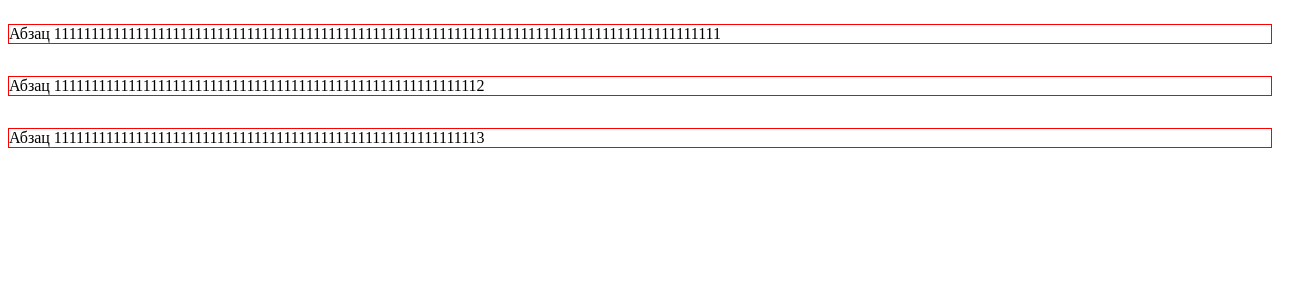
Repository: IrinaGetmanenko/week5
Page: week5/index.html
The author's editor kept a copy of each file at every save. The page is drawn from the files as they stood at one save, then again after the next save.
The browser window is 1280 px wide. The page is 1280 px wide, then 1291 px, so the pictures cover 1291 px, including what lies to the right of the window. The pictures show the whole page.

Above is the page before, as saved 2022-08-26 16:48:28.

### week5/index.html
<!DOCTYPE html>
<html lang="en">
<head>
    <meta charset="UTF-8">
    <meta http-equiv="X-UA-Compatible" content="IE=edge">
    <meta name="viewport" content="width=device-width, initial-scale=1.0">
    <title>Document</title>
    <style>
        p{
            border: 1px solid red;
        }
        .flexcontainer{
            display: flex;
            flex-direction: column;
            flex-wrap: ;
        }
        </style>
</head>

<body>
    <div class="flexcontainer">
    <p> Абзац 111111111111111111111111111111111111111111111111111111111111111111111111111111111111111111</p>
    <p> Абзац 1111111111111111111111111111111111111111111111111111111112</p>
    <p> Абзац 1111111111111111111111111111111111111111111111111111111113</p>
</div>
</body>
</html>

After the next save:
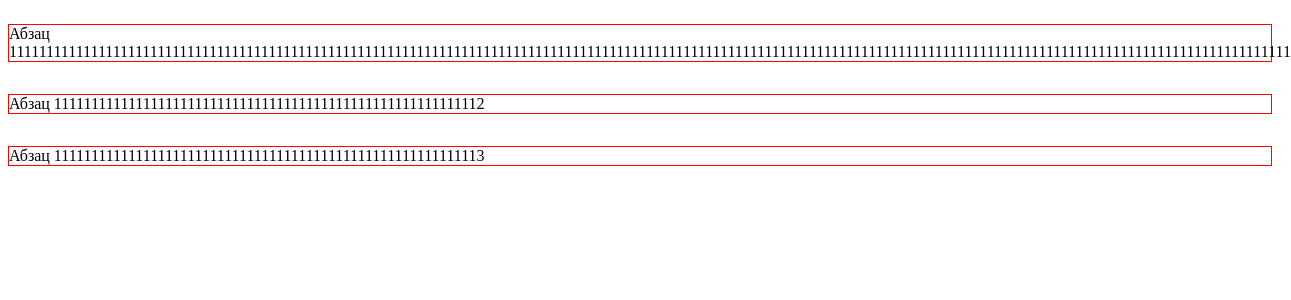
Saved 6 s later.
--- a/week5/index.html
+++ b/week5/index.html
@@ -19,7 +19,7 @@
 
 <body>
     <div class="flexcontainer">
-    <p> Абзац 111111111111111111111111111111111111111111111111111111111111111111111111111111111111111111</p>
+    <p> Абзац 11111111111111111111111111111111111111111111111111111111111111111111111111111111111111111111111111111111111111111111111111111111111111111111111111111111111111111111111111111</p>
     <p> Абзац 1111111111111111111111111111111111111111111111111111111112</p>
     <p> Абзац 1111111111111111111111111111111111111111111111111111111113</p>
 </div>
